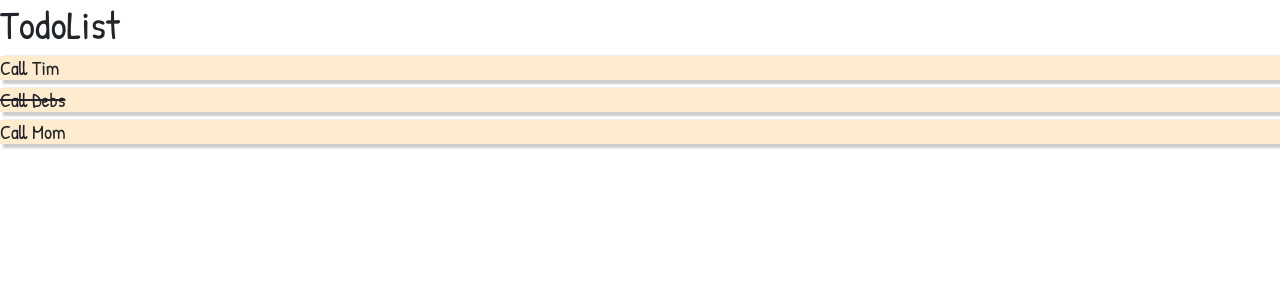
Repository: latenightsnacc/React-Projects
Page: /about (app in todolist/)
An editor plug-in stored every save of this project. The page is shown before and after the next save, followed by the edit.
The browser window is 1280 px wide. The pictures show the whole page.
The project was rebuilt for these pictures with package versions that can differ from the ones it lists, and the page was loaded fresh each time.

Above is the page before, as saved 2020-07-02 11:21:39.

### todolist/public/index.html
<!DOCTYPE html>
<html lang="en">
  <head>
    <meta charset="utf-8" />
    <link rel="icon" href="%PUBLIC_URL%/favicon.ico" />
    <meta name="viewport" content="width=device-width, initial-scale=1" />
    <meta name="theme-color" content="#000000" />
    <meta
      name="description"
      content="Web site created using create-react-app"
    />
    <link rel="apple-touch-icon" href="%PUBLIC_URL%/logo192.png" />

    <link rel="manifest" href="%PUBLIC_URL%/manifest.json" />
    <link href="https://fonts.googleapis.com/css2?family=Patrick+Hand&display=swap" rel="stylesheet">
    <title>React App</title>
  </head>
  <body>
    <noscript>You need to enable JavaScript to run this app.</noscript>
    <div id="root"></div>
    <!--
      This HTML file is a template.
      If you open it directly in the browser, you will see an empty page.

      You can add webfonts, meta tags, or analytics to this file.
      The build step will place the bundled scripts into the <body> tag.

      To begin the development, run `npm start` or `yarn start`.
      To create a production bundle, use `npm run build` or `yarn build`.
    -->
  </body>
</html>

### todolist/src/App.js
import React, {Component} from 'react';
import TodoList from './components/TodoList';
import './styles/App.scss';

class App extends Component  {
  constructor(props){
    super(props);
    this.state = {
      todos: [
        {
          id: 1,
          title: 'Call Tim',
          completed: false
        },
        {
          id: 2,
          title: 'Call Debs',
          completed: true
        },
        {
          id: 3,
          title: 'Call Mom',
          completed: false
        }
      ]
    }

  }

  render() {
    return (
      <div className="App">
        <TodoList tasks= {this.state.todos} />
      </div>
    );
  }

}

export default App;

### todolist/src/components/TodoList.js
import React, { Component } from 'react';
import PropTypes from 'prop-types';
import TodoItem from './TodoItem';

class TodoList extends Component {
    render() {
        return (
            <>
                <h1>TodoList</h1>
                <div className="TodoList">
                    {
                        this.props.tasks.map(task => {
                            return <TodoItem key={task.id} task= {task} />
                        })
                    }
                </div>
            </>
        )
    }
}

// PropTypes
TodoList.propTypes = {
    tasks: PropTypes.array.isRequired
}
export default TodoList;

### todolist/src/styles/App.scss
@import "~bootstrap/scss/bootstrap";
@import url('https://fonts.googleapis.com/css2?family=Patrick+Hand&display=swap');

* {
    margin: 0;
    padding: 0;
    font-family: 'Patrick Hand', cursive;
}

### todolist/src/components/TodoItem.js
import React, { Component } from 'react';
import PropTypes from 'prop-types';

class TodoItem extends Component {
    getStyle = () => {
        return {
            background: '#ffebcd',
            boxShadow: '5px 2px 2px 2px #cccccc',
            textDecoration: this.props.task.completed ?
            'line-through'
            :'none'
        }
    }
    render() {
        return (
            <>
                <div style={this.getStyle()}>
                    <h5> {this.props.task. title} </h5>
                </div>

            </>
        )
    }
}

// const cardStyle = {
//     backgroundColor: '#000',
//     padding: '10px 5px',
//     color: 'white',
//     marginBottom: '10px',
//     width: '200px',
//     textAlign: 'center',
//     boxShadow: '2px 2px 4px 2px grey'
// }
// PropTypes
TodoItem.propTypes = {
    task: PropTypes.object.isRequired
}
export default TodoItem

Loaded but not shown: todolist/src/index.js (common file)

After the next save:
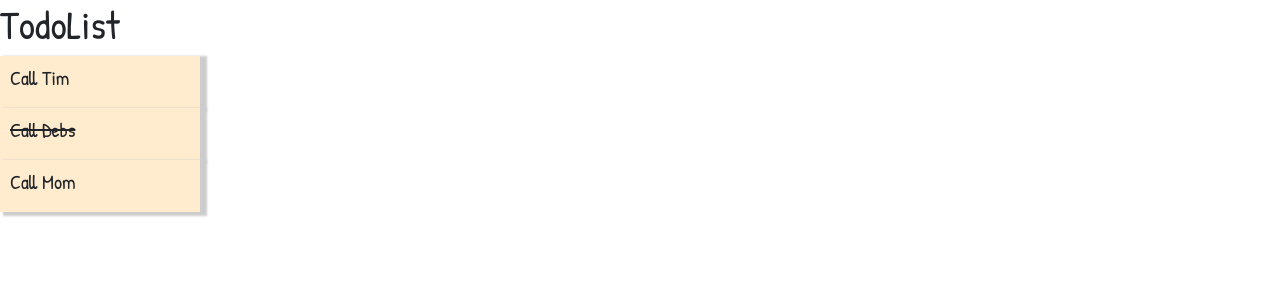
Saved 32 s later.
--- a/todolist/src/components/TodoItem.js
+++ b/todolist/src/components/TodoItem.js
@@ -5,6 +5,8 @@ class TodoItem extends Component {
     getStyle = () => {
         return {
             background: '#ffebcd',
+            width: '200px',
+            padding: '10px',
             boxShadow: '5px 2px 2px 2px #cccccc',
             textDecoration: this.props.task.completed ?
             'line-through'
